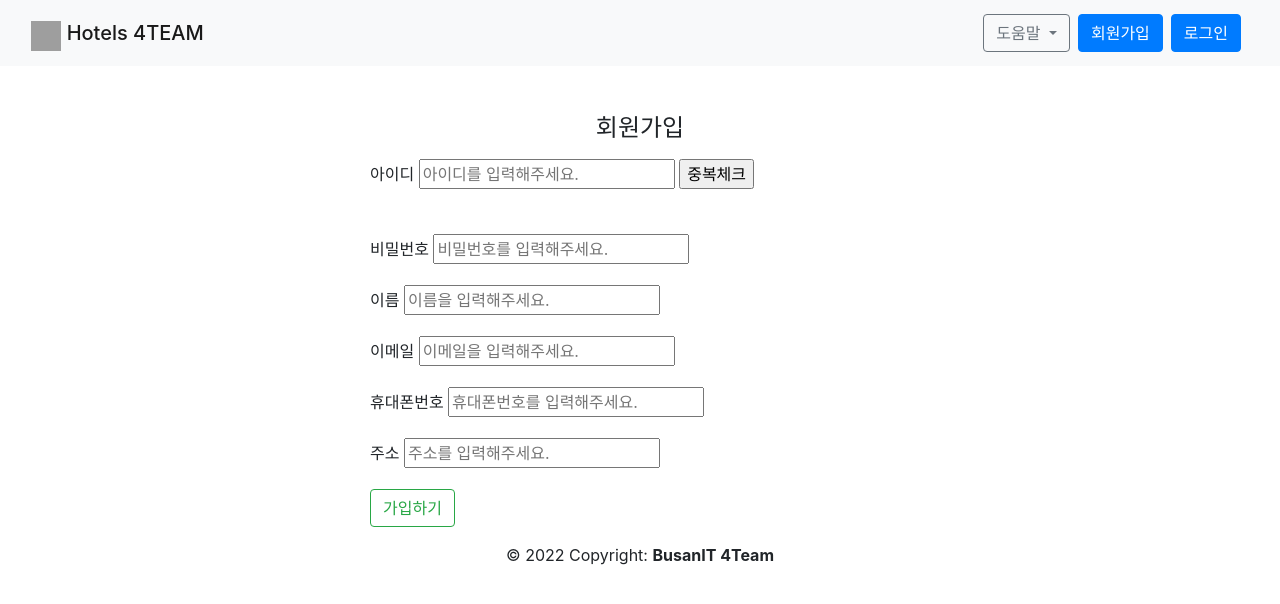
Repository: ShinKioh/Hotel_project
Page: http://localhost/HOTEL/register.jsp
These files come from the project's save history. The page is drawn as it stood at one moment and after the next save; the edit follows.
The browser window is 1280 px wide. The pictures show the whole page.
Pictures or frames that could not be fetched are drawn as grey boxes. The page is served by Tomcat 9.

Above is the page before, as saved 2022-02-23 02:13:30.

After the next save:
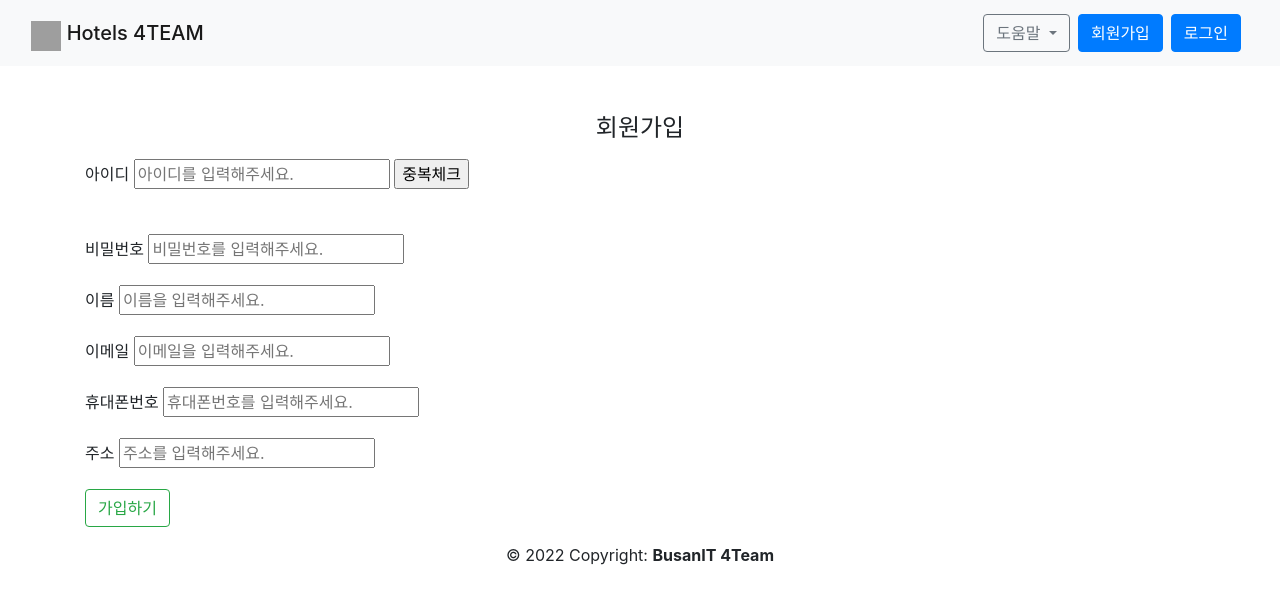
Saved 48 s later.
--- a/HOTEL/WebContent/register.jsp
+++ b/HOTEL/WebContent/register.jsp
@@ -36,7 +36,7 @@
 	</header>
 	<div class="container">
 		<div class="row mt-5">
-			<div class="col-md-6 mx-auto">
+			<div class="col-md-12 mx-auto">
 				<h4 class="text-center mb-3">회원가입</h4>
 				<form action="<%=request.getContextPath()%>/register" method="post">
 					<div class="form-group">
